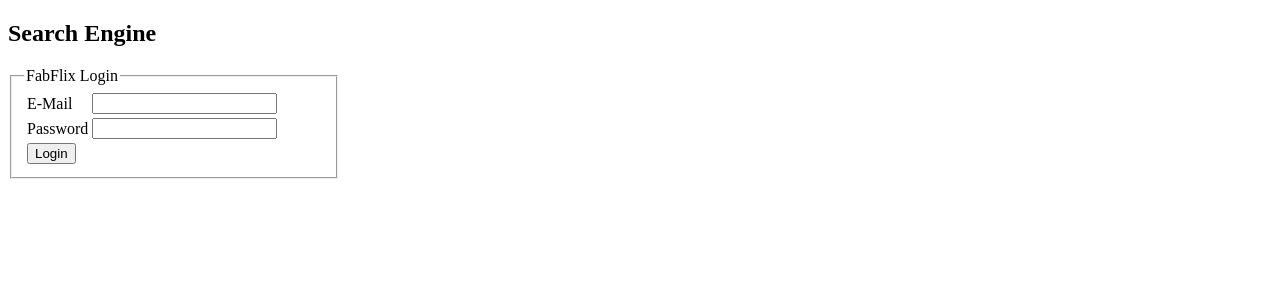
Repository: carlislk/java-SearchEngine
Page: http://localhost/web_search_1/
These files come from the project's save history. The page is drawn as it stood at one moment and after the next save; the edit follows.
The browser window is 1280 px wide. The pictures show the whole page.
The page is served by Tomcat 9.

Above is the page before, as saved 2016-03-13 08:22:18.

### web_search_1/WebContent/index.jsp
<%@ page language="java" contentType="text/html; charset=UTF-8"
    pageEncoding="UTF-8"%>
<!DOCTYPE html PUBLIC "-//W3C//DTD HTML 4.01 Transitional//EN" "http://www.w3.org/TR/html4/loose.dtd">
<html>
<head>
<meta http-equiv="Content-Type" content="text/html; charset=UTF-8">
<title>Insert title here</title>
</head>
<body>

<h2> Search Engine</h2>

<form action="searchEngine" method="post">
    <fieldset style="width: 300px">
        <legend> FabFlix Login </legend>
        <table>
            <tr>
                <td>E-Mail</td>
                <td><input type="text" name="username" required="required" /></td>
            </tr>
            <tr>
                <td>Password</td>
                <td><input type="password" name="userpass" required="required" /></td>
            </tr>
            <tr>
                <td><input type="submit" value="Login" /></td>
            </tr>
        </table>
    </fieldset>
</form>


</body>
</html>

After the next save:
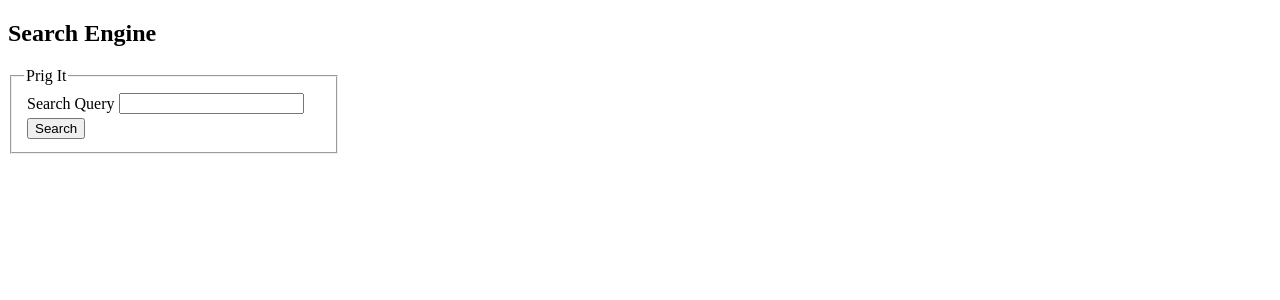
Saved 117 s later.
--- a/web_search_1/WebContent/index.jsp
+++ b/web_search_1/WebContent/index.jsp
@@ -10,20 +10,16 @@
 
 <h2> Search Engine</h2>
 
-<form action="searchEngine" method="post">
+<form action="searchEngine" method="get">
     <fieldset style="width: 300px">
-        <legend> FabFlix Login </legend>
+        <legend> Prig It </legend>
         <table>
             <tr>
-                <td>E-Mail</td>
+                <td>Search Query</td>
                 <td><input type="text" name="username" required="required" /></td>
             </tr>
             <tr>
-                <td>Password</td>
-                <td><input type="password" name="userpass" required="required" /></td>
-            </tr>
-            <tr>
-                <td><input type="submit" value="Login" /></td>
+                <td><input type="submit" value="Search" /></td>
             </tr>
         </table>
     </fieldset>
